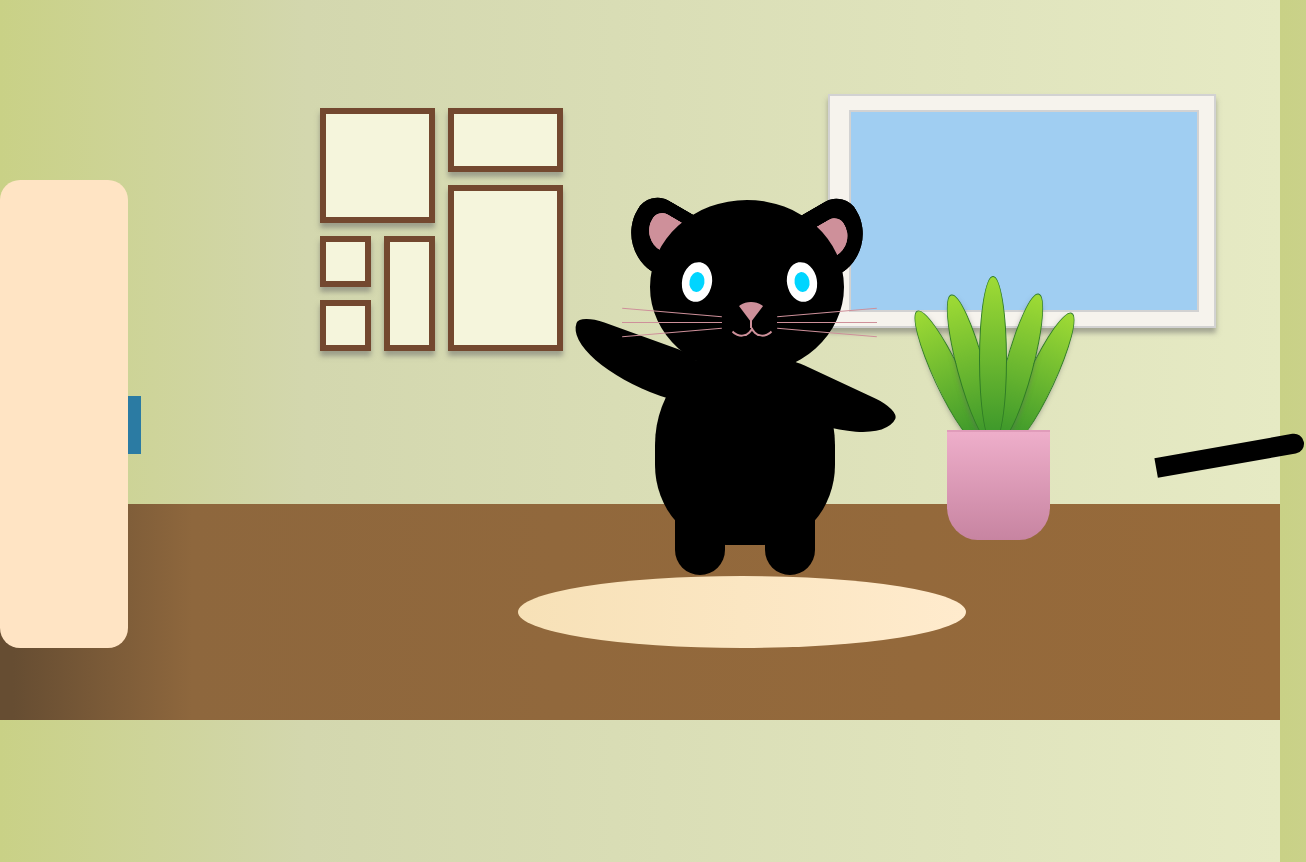
Repository: SandyLy453/COMP-2170-team-project
Page: index.html
These files come from the project's save history. The page is drawn as it stood at one moment and after the next save; the edit follows.
The browser window is 1280 px wide. The page is 1306 px wide, then 1280 px, so the pictures cover 1306 px, including what lies to the right of the window. The pictures show the whole page.

Above is the page before, as saved 2024-05-03 14:21:06.

### index.html
<!DOCTYPE html>
<html lang="en">
<head>
    <meta charset="UTF-8">
    <meta name="viewport" content="width=device-width, initial-scale=1.0">
    <title>Team Project: Doll Dress-Up Game</title>
    <link rel="stylesheet" href="styles.css" />
</head>
<body>
    <main class="main-area">
        <div class="background">
            <div class="floor"></div>
            <div class="closet">
                <div class="openner"></div>
            </div>
            <div class="carpet"></div>
            <div class="window">
                <div class="outside"></div>
            </div>
            <div class="plantPot">
                <div class="leaves">
                    <div class="plant"></div>
                    <div class="plant-left-one"></div>
                    <div class="plant-right-one"></div>
                    <div class="plant-left-two"></div>
                    <div class="plant-right-two"></div>
                </div>
                <div class="pot"></div>
            </div>
            <div class="picturesCombo">
                <div class="pictures-one">
                    <div class="pic-one"></div>
                </div>
                <div class="pictures-two">
                    <div class="pic-two"></div>
                </div>
                <div class="pictures-three">
                    <div class="pic-three"></div>
                </div>
                <div class="pictures-four">
                    <div class="pic-four"></div>
                </div>
                <div class="pictures-five">
                    <div class="pic-five"></div>
                </div>
                <div class="pictures-six">
                    <div class="pic-six"></div>
                </div>
            </div>
        </div>

        <div class="character">
            <div class="cat">
                <div class="cat-head">
                    <div class="ears">

                        <div class="left-ear">
                            <div class="left-inner-ear">
                            </div>
                        </div>

                        <div class="right-ear">
                            <div class="right-inner-ear">
                            </div>
                        </div>
                    </div>

                    <div class="cat-eyes">
                        <div class="left-eye">
                            <div class="left-inner-eye">
                            </div>
                        </div>
                        <div class="right-eye">
                            <div class="right-inner-eye">
                            </div>
                        </div>
                    </div>

                    <div class="cat-nose"></div>

                    <div class="cat-mouth">
                        <div class="middle-line"></div>
                        <div class="left-line"></div>
                        <div class="right-line"></div>
                    </div>

                    <div class="cat-whiskers-left">
                        <div class="whisker-left-top"></div>
                        <div class="whisker-left-middle"></div>
                        <div class="whisker-left-bottom"></div>
                    </div>
                    <div class="cat-whiskers-right">
                        <div class="whisker-right-top"></div>
                        <div class="whisker-right-middle"></div>
                        <div class="whisker-right-bottom"></div>
                    </div>
                </div>

                <div class="cat-body">
                    <div class="arm left-arm"></div>
                    <div class="arm right-arm"></div>
                    <div class="foot left-foot"></div>
                    <div class="foot right-foot"></div>
                    <div class="tail"></div>
                </div>
            </div>
        </div>
    </main>
    <script src="script.js"></script>
</body>
</html>

### styles.css
body {
    margin: 0;
    width: 100vw;
    height: 100vh;
    background: linear-gradient(90deg, rgba(201,209,134,1) 0%, rgba(211,215,174,1) 24%, rgba(230,234,196,1) 100%);
}

/* Background styling */

.background {
    z-index: -100;
}

.floor {
    position: absolute;
    bottom: 0;
    width: 100vw;
    height: 30vh;
    background: linear-gradient(90deg, rgba(102,77,50,1) 1%, rgb(142, 103, 61) 15%, rgba(151,106,58,1) 100%);
    z-index: -2;
}

.closet {
    position: absolute;
    bottom: 10vh;
    left: 0;
    width: 10vw;
    height: 65vh;
    background-color: bisque;
    border-radius: 20px;
}

.openner {
    position: relative;
    width: 1vw;
    height: 8vh;
    left: 10vw;
    bottom: -30vh;
    background-color: rgb(43, 123, 163);
}

.carpet {
    width: 35vw;
    height: 10vh;
    border-radius: 50%;
    background: linear-gradient(90deg, rgba(247,225,183,1) 0%, rgba(255,235,205,1) 100%);
    position: absolute;
    bottom: 10vh;
    right: 24.5vw;
}

.window {
    width: 30vw;
    height: 32vh;
    background-color: rgb(246, 243, 237);
    position: absolute;
    right: 5vw;
    top: 13vh;
    border: 2px solid rgb(210, 210, 210);
    box-shadow: 0 5px 5px rgba(100, 100, 100, 0.5);
    z-index: -10;
}

.outside {
    width: 27vw;
    height: 27.5vh;
    background-color: rgb(160, 206, 242);
    position: relative;
    left: 1.5vw;
    top: 2vh;
    border: 2px solid rgb(210, 210, 210)
}

.plantPot {
    position: absolute;
    right: 18vw;
    bottom: 25vh;
}

.pot {
    width: 8vw;
    height: 15vh;
    background: linear-gradient(180deg, rgba(238,174,202,1) 0%, rgba(199,132,161,1) 100%);
    border-bottom-left-radius: 30%;
    border-bottom-right-radius: 30%;
    border-top: 2px solid rgb(224, 156, 186);
    z-index: 2;
}

.leaves {
    position: relative;
    top: 60vh;
    left: 0.5vw;
}

.plant {
    height: 23vh;
    width: 2vw;
    background: linear-gradient(0deg, rgba(55,148,42,1) 0%, rgba(159,219,53,1) 100%);
    z-index: -1;
    position: relative;
    top: 25vh;
    left: 2vw;
    border-radius: 100%;
    border: 1px solid rgb(47, 124, 37);
}

.plant-left-one {
    height: 21vh;
    width: 2vw;
    background: linear-gradient(0deg, rgba(55,148,42,1) 0%, rgba(159,219,53,1) 100%);
    z-index: -2;
    position: relative;
    top: 4vh;
    left: 0.25vw;
    border-radius: 100%;
    border: 1px solid rgb(47, 124, 37);
    transform: rotate(-15deg);
    box-shadow: 0 5px 5px rgba(100, 100, 100, 0.5);
}

.plant-right-one {
    height: 21vh;
    width: 2vw;
    background: linear-gradient(0deg, rgba(55,148,42,1) 0%, rgba(159,219,53,1) 100%);
    z-index: -3;
    position: relative;
    top: -17.5vh;
    left: 4vw;
    border-radius: 100%;
    border: 1px solid rgb(47, 124, 37);
    transform: rotate(15deg);
    box-shadow: 0 5px 5px rgba(100, 100, 100, 0.5);
}

.plant-left-two {
    height: 20vh;
    width: 2vw;
    background: linear-gradient(0deg, rgba(55,148,42,1) 0%, rgba(159,219,53,1) 100%);
    z-index: -4;
    position: relative;
    top: -37vh;
    left: -1.5vw;
    border-radius: 100%;
    border: 1px solid rgb(47, 124, 37);
    transform: rotate(-25deg);
    box-shadow: 0 5px 5px rgba(100, 100, 100, 0.5);
}

.plant-right-two {
    height: 20vh;
    width: 2vw;
    background: linear-gradient(0deg, rgba(55,148,42,1) 0%, rgba(159,219,53,1) 100%);
    z-index: -5;
    position: relative;
    top: -57vh;
    left: 5.75vw;
    border-radius: 100%;
    border: 1px solid rgb(47, 124, 37);
    transform: rotate(25deg);
    box-shadow: 0 5px 5px rgba(100, 100, 100, 0.5);
}

.picturesCombo {
    position: absolute;
    left: 25vw;
    top: 15vh;
    z-index: -10;
}

.pictures-one {
    position: relative;
    width: 9vw;
    height: 9vw;
    background-color: rgb(115, 72, 47);
    box-shadow: 0 5px 5px rgba(100, 100, 100, 0.5);
}

.pictures-two {
    position: relative;
    top: 1vw;
    width: 4vw;
    height: 4vw;
    background-color: rgb(115, 72, 47);
    box-shadow: 0 5px 5px rgba(100, 100, 100, 0.5);
}

.pictures-three {
    position: relative;
    top: 2vw;
    width: 4vw;
    height: 4vw;
    background-color: rgb(115, 72, 47);
    box-shadow: 0 5px 5px rgba(100, 100, 100, 0.5);
}

.pictures-four {
    position: relative;
    top: -7vw;
    left: 5vw;
    width: 4vw;
    height: 9vw;
    background-color: rgb(115, 72, 47);
    box-shadow: 0 5px 5px rgba(100, 100, 100, 0.5);
}

.pictures-five {
    position: relative;
    top: -26vw;
    left: 10vw;
    width: 9vw;
    height: 5vw;
    background-color: rgb(115, 72, 47);
    box-shadow: 0 5px 5px rgba(100, 100, 100, 0.5);
}

.pictures-six {
    position: relative;
    top: -25vw;
    left: 10vw;
    width: 9vw;
    height: 13vw;
    background-color: rgb(115, 72, 47);
    box-shadow: 0 5px 5px rgba(100, 100, 100, 0.5);
}

.pic-one {
    position: relative;
    width: 8vw;
    height: 8vw;
    background-color: beige;
    top: 0.5vw;
    left: 0.5vw;
}

.pic-two {
    position: relative;
    width: 3vw;
    height: 3vw;
    background-color: beige;
    top: 0.5vw;
    left: 0.5vw;
}

.pic-three {
    position: relative;
    width: 3vw;
    height: 3vw;
    background-color: beige;
    top: 0.5vw;
    left: 0.5vw;
}

.pic-four {
    position: relative;
    width: 3vw;
    height: 8vw;
    background-color: beige;
    top: 0.5vw;
    left: 0.5vw;
}

.pic-five {
    position: relative;
    width: 8vw;
    height: 4vw;
    background-color: beige;
    top: 0.5vw;
    left: 0.5vw;
}

.pic-six {
    position: relative;
    width: 8vw;
    height: 12vw;
    background-color: beige;
    top: 0.5vw;
    left: 0.5vw;
}



/* Cat styling */

.cat-head {
    position: absolute;
    right: 0;
    left: 650px;
    top: 200px;
    bottom: 0;
    background-color: black;
    width: 190px;
    height: 170px;
    border: 2px solid black;
    border-radius: 50%;
}

.left-ear {
    position: absolute;
    z-index: -1;
    top: 0;
    left: -25px;
    border-top-left-radius: 80px;
    border-top-right-radius: 40px;
    transform: rotate(-60deg);
    border-left: 35px solid black;
    border-right: 35px solid black;
    border-bottom: 70px solid black;
}

.right-ear {
    position: absolute;
    z-index: -1;
    top: 1px;
    left: 145px;
    border-top-left-radius: 40px;
    border-top-right-radius: 80px;
    transform: rotate(60deg);
    border-left: 35px solid black;
    border-right: 35px solid black;
    border-bottom: 70px solid black;
}

.left-inner-ear {
    position: absolute;
    top: 0;
    left: -30px;
    transform: scale(0.5);
    border-top-left-radius: 80px;
    border-top-right-radius: 40px;
    border-bottom-right-radius: 40%;
    border-bottom-left-radius: 40%;
    border-left: 35px solid rgb(206, 144, 154);
    border-right: 35px solid rgb(206, 144, 154);
    border-bottom: 70px solid rgb(206, 144, 154);
}

.right-inner-ear {
    position: absolute;
    top: 0px;
    left: -35px;
    transform: scale(0.5);
    border-top-left-radius: 40px;
    border-top-right-radius: 80px;
    border-bottom-right-radius: 40%;
    border-bottom-left-radius: 40%;
    border-left: 35px solid rgb(206, 144, 154);
    border-right: 35px solid rgb(206, 144, 154);
    border-bottom: 70px solid rgb(206, 144, 154);
}

.left-eye {
    position: absolute;
    top: 60px;
    left: 30px;
    border-radius: 60%;
    transform: rotate(10deg);
    width: 30px;
    height: 40px;
    background-color: white;
}

.right-eye {
    position: absolute;
    top: 60px;
    left: 135px;
    border-radius: 60%;
    transform: rotate(-10deg);
    width: 30px;
    height: 40px;
    background-color: white;
}

.left-inner-eye {
    position: absolute;
    top: 0px;
    left: 0px;
    border-radius: 60%;
    transform: scale(0.5);
    width: 30px;
    height: 40px;
    background-color: rgb(0, 213, 255);
}

.right-inner-eye {
    position: absolute;
    top: 0px;
    left: 0px;
    border-radius: 60%;
    transform: scale(0.5);
    width: 30px;
    height: 40px;
    background-color: rgb(0, 213, 255);
}

.cat-nose {
    position: absolute;
    top: 100px;
    left: 84px;
    border-top-left-radius: 50%;
    border-top-right-radius: 50%;
    border-bottom-right-radius: 50%;
    border-bottom-left-radius: 50%;
    transform: rotate(180deg);
    border-left: 15px solid transparent;
    border-right: 15px solid transparent;
    border-bottom: 20px solid rgb(206, 144, 154);
}

/* .cat-mouth div{
    position: absolute;
    top: 50px;
    width: 30px;
    height: 50px;
    border: 2px solid rgb(206, 144, 154);
    border-radius: 190%/190px;
    border-color: rgb(206, 144, 154) transparent transparent transparent;
} */

.left-line {
    position: absolute;
    top: 81px;
    left: 69.5px;
    width: 30px;
    height: 50px;
    border: 2px solid rgb(206, 144, 154);
    border-radius: 80%;
    transform: rotate(170deg);
    border-color: rgb(206, 144, 154) transparent transparent transparent;
}

.middle-line {
    position: absolute;
    top: 120px;
    left: 94px;
    width: 10px;
    height: 2px;
    background-color: rgb(206, 144, 154);
    transform: rotate(90deg);
}

.right-line {
    position: absolute;
    top: 81px;
    left: 95.5px;
    width: 30px;
    height: 50px;
    border: 2px solid rgb(206, 144, 154);
    border-radius: 80%;
    transform: rotate(190deg);
    border-color: rgb(206, 144, 154) transparent transparent transparent;
}

.whisker-left-top {
    position: absolute;
    top: 110px;
    left: -30px;
    transform: rotate(5deg);
    width: 100px;
    height: 1px;
    background-color: rgb(206, 144, 154);
}

.whisker-left-middle {
    position: absolute;
    top: 120px;
    left: -30px;
    transform: rotate(0deg);
    width: 100px;
    height: 1px;
    background-color: rgb(206, 144, 154);
}

.whisker-left-bottom {
    position: absolute;
    top: 130px;
    left: -30px;
    transform: rotate(-5deg);
    width: 100px;
    height: 1px;
    background-color: rgb(206, 144, 154);
}

.whisker-right-top {
    position: absolute;
    top: 110px;
    left: 125px;
    transform: rotate(-5deg);
    width: 100px;
    height: 1px;
    background-color: rgb(206, 144, 154);
}

.whisker-right-middle {
    position: absolute;
    top: 120px;
    left: 125px;
    transform: rotate(0deg);
    width: 100px;
    height: 1px;
    background-color: rgb(206, 144, 154);
}

.whisker-right-bottom {
    position: absolute;
    top: 130px;
    left: 125px;
    transform: rotate(5deg);
    width: 100px;
    height: 1px;
    background-color: rgb(206, 144, 154);
}

.cat-body {
    position: absolute;
    width: 180px;
    height: 200px;
    border-left: 80px;
    border-right: 80px;
    top: 345px;
    left: 655px;
    background-color: black;
    border-top-left-radius: 100%;
    border-top-right-radius: 100%;
    border-bottom-left-radius: 80%;
    border-bottom-right-radius: 80%;
}

.arm {
    width: 50px;
    height: 130px;
    background-color: black;
    border-radius: 30% 30% 30% 120%;
    z-index: -2;
}

.left-arm {
    position: absolute;
    top: 60px;
    left: 30px;
    transform-origin: top left;
    transform: rotate(110deg) scaleX(-1);
}

.right-arm {
    position: absolute;
    top: -5px;
    left: 150px;
    transform: rotate(-65deg);
}

.foot {
    background-color: black;
    height: 80px;
    width: 50px;
    border-left: 100px;
    border-right: 100px;
    border-radius: 0 0 50px 50px;
}

.left-foot {
    position: absolute;
    top: 150px;
    left: 20px;
}

.right-foot {
    position: absolute;
    top: 150px;
    left: 110px;
}

.tail {
    position: absolute;
    width: 150px;
    height: 20px;
    border-radius: 0 20px 20px 0;
    background-color: black;
    top: 100px;
    left: 500px;
    transform: rotate(-10deg);
}

### script.js
const shirts = ["shirt1","shirt2","shirt3","shirt4", "shirt5"]

const bottoms = ["bottom1","bottom2","bottom3","bottom4", "bottom5"]

const accessories = ["acc1","acc2","acc3","acc4", "acc5"]

After the next save:
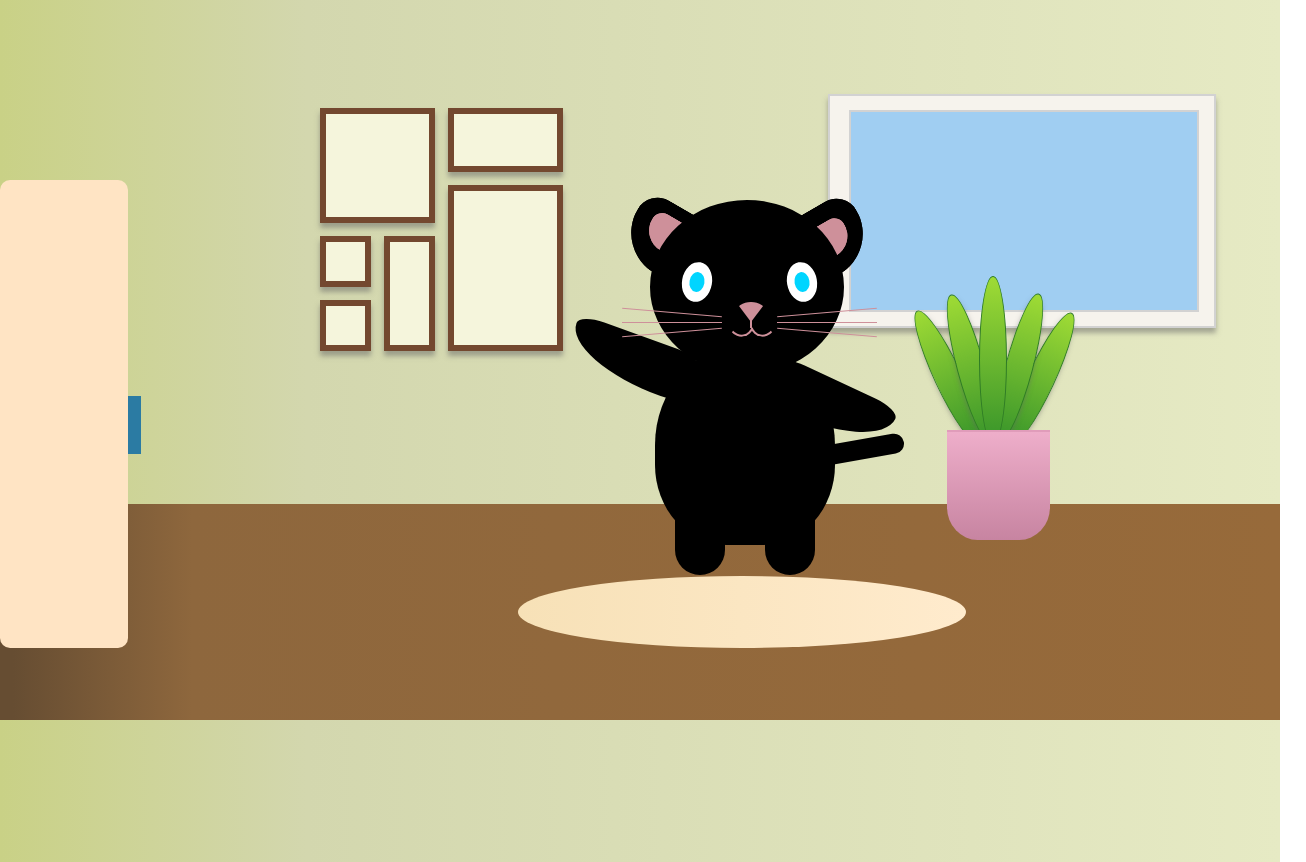
Saved 4 s later.
--- a/styles.css
+++ b/styles.css
@@ -27,7 +27,7 @@ body {
     width: 10vw;
     height: 65vh;
     background-color: bisque;
-    border-radius: 20px;
+    border-radius: 10px;
 }
 
 .openner {
@@ -577,6 +577,6 @@ body {
     border-radius: 0 20px 20px 0;
     background-color: black;
     top: 100px;
-    left: 500px;
+    left: 100px;
     transform: rotate(-10deg);
 }
